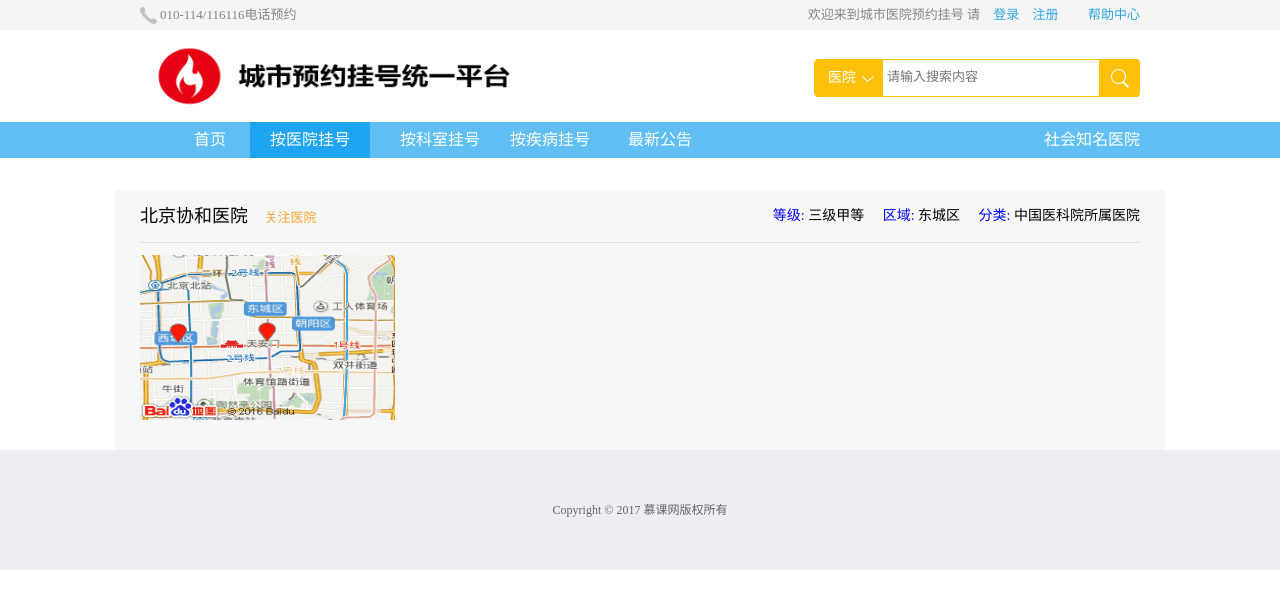
Repository: ScarApocalypse/study
Page: 挂号平台/hospital_detail.html
An editor plug-in stored every save of this project. The page is shown before and after the next save, followed by the edit.
The browser window is 1280 px wide. The pictures show the whole page.

Above is the page before, as saved 2019-01-22 22:15:22.

### 挂号平台/hospital_detail.html
<!DOCTYPE html>
<html lang="en">

<head>
    <meta charset="UTF-8">
    <title>城市预约挂号</title>
    <link rel="stylesheet" href="css/layout.css">
    <link rel="stylesheet" type="text/css" href="css/base.css">
    <link rel="stylesheet" type="text/css" href="css/ui.css">
    <link rel="stylesheet" href="css/hosptial.css">
    <link rel="stylesheet" href="css/hospital_detail.css">
    <script type="text/javascript" src="js/jquery-1.7.1.min.js"></script>
    <script type="text/javascript" src="js/data.js"></script>
    <script src="js/hosptial.js"></script>
</head>

<body>
    <!-- 顶部区域 -->
    <div id="top" class="top">
        <div class="wrap">
            <p class="call">010-114/116116电话预约</p>
            <p class="welcome">欢迎来到城市医院预约挂号&nbsp;请&nbsp;<a href="#">登录</a>
                <a href="#">注册</a>
                &nbsp;&nbsp;&nbsp;&nbsp;
                <a href="#">帮助中心</a>
            </p>

        </div>
    </div>
    <!-- 头部区域 -->
    <div id="header" class="header">
        <div class="wrap">
            <a href="index.html" class="logo">
                <img src="img/logo.png">
            </a>
            <div class="search ui-search">
                <div class="ui-search-selected">医院</div>
                <div class="ui-search-selected-list">
                    <a href="#">科室</a>
                    <a href="#">疾病</a>
                    <a href="#">医院</a>

                </div>
                <input class="ui-search-input" type="text" name="search-content" placeholder="请输入搜索内容">
                <a href="#" class="ui-search-submit"></a>
            </div>
        </div>
    </div>
    <!-- 导航栏区域 -->
    <div id="nav" class="nav">
        <div class="wrap">
            <a href="index.html" class="link">首页</a>
            <a href="hosptial.html" class="link link_focus">按医院挂号</a>
            <a href="#" class="link">按科室挂号</a>
            <a href="#" class="link">按疾病挂号</a>
            <a href="#" class="link">最新公告</a>
            <a href="#" class="link right">社会知名医院</a>
        </div>
    </div>
    <!-- 医院信息 -->
    <div class="hospitalDetail wrap">
        <div class="hospitalDetail-title">
            北京协和医院
            <a href="#" class="focus">关注医院</a>
            <div class="hospitalDetail-title-info">
                <span class="header">等级:</span>
                <span class="text">三级甲等</span>
                <span class="header">区域:</span>
                <span class="text">东城区</span>
                <span class="header">分类:</span>
                <span class="text">中国医科院所属医院</span>
            </div>
        </div>
        <div class="hospitalDetail-content">
        <img src="img/hospital-1.jpg" alt="">
        <img src="img/map-1.png" alt="">
        </div>
    </div>
    <!-- 页脚区域 -->
    <div id="footer" class="footer">
        Copyright &copy 2017 慕课网版权所有
    </div>
    <!-- 回到顶部 -->
    <!-- <a class="go-top" href="#"></a> -->
    <script type="text/javascript" src="js/ui.js"></script>
</body>

</html>

### 挂号平台/css/layout.css
*{
	margin:0;
	padding:0;
}
.clearfix:after{
	content:' ';
	display: block;
	height:0;
	line-height: 0;
	clear:both;
	zoom:1;
}
.wrap{
	width: 1000px;
	margin:0 auto;
	position: relative;
}
.top{
	height: 30px;
	background-color:#f5f5f5;
}
.header{
	height: 92px;
}
.nav{
	height: 36px;
	background-color:#60bff2;
}
.banner{
	width: 802px;
	margin:0 auto;
	height: 414px;
	padding:9px 0 0 198px;
}
.banner-slider{
	float: left;
	width: 544px;
	height: 414px;
	background-color: #8edff3;
}
.banner-search{
	float:right;
	width:250px;
	height:255px;
	background-color: #eee;
}
.banner-help{
	float: right;
	width: 250px;
	height: 146px;
	background-color: #ccc;
	margin-top:12px;
}
.content{
	padding:10px 0 38px 0;
}
.content-tab{
	float: left;
	width: 742px;
	height: 490px;
	background-color: #eee;
}
.content-close,
.content-news{
	float: right;
	width: 248px;
	height: 236px;
	border:1px solid #ccc;
}
.content-close{
	margin-top:12px;
	border-color:red;
}
.footer{
	height:70px;
	padding:25px;
	background-color: #eceef2;
}

### 挂号平台/css/base.css
p{
	display: inline-block;
}
a{
	text-decoration: none;
}
select,input{
	border:none;
	outline:none;
}
img{
	display: block;
}
/*top样式*/
.top{
	line-height: 30px;
	font-size:13px;
	color:#868686;
}
.top .call{
	float:left;
	padding-left:20px;
	background:url(../img/icon-call.png) no-repeat center left;
}
.top .welcome{
	float: right;
}
.top a{
	color:#2da5e1;
	padding-left:10px;
}
/*header样式*/
.header .logo{
	width: 402px;
	height: 74px;
	padding:9px 0;
	display: inline-block;
}
.header .logo img{
	width: 100%;
	height: 100%;
}
.header .search{
	width: 326px;
	height: 38px;
	position: absolute;
	right:0;
	top:29px;
	background-color: orange;
}
/*nav样式*/
.nav .link{
	display: inline-block;
	float:left;
	padding-left:30px;
	line-height: 36px;
	color:#fff;
	font-size:16px;
	min-width:80px;
	text-align: center;
}
.nav .right{
	float:right;
}
.nav .link_focus{
	color:#fff;
	background-color:#1fa4f0;
	padding:0 20px;
}
.nav a:hover{
	color:#d7f3ff;
}
.nav .menu{
	width: 130px;
	padding-right: 30px;
	background-color: #1fa4f0;
	position: relative;

}
.nav .menu .menu-list{
	position: absolute;
	background-color: #1fa4f0;
	width: 100%;
	height: 423px;
	left: 0;
	top:36px;

}
/*banner内样式*/
.banner-search{
	background-color: #fafafa
}
.banner-help .caption,
.banner-search .caption{
	height: 22px;
	padding:15px 0 15px 0;
	text-align: center;
}
.banner-help .caption .text,
.banner-search .caption .text{
	display: inline-block;
	height: 22px;
	line-height: 22px;
	padding-left:28px;
	color:#fec009;
	font-size:16px;
	background: url(../img/icon-help.png) no-repeat 0 0;
}

.banner-search .form{
	height: 150px;
}
.banner-search .form .line{
	padding-bottom:9px;
	text-align: center;
}
.banner-search .form .line select{
	width: 170px;
	font-size:12px;
	z-index:0;
	border:1px solid #dcdddd;
	height: 26px;
	line-height: 26px;
	padding:2px 0;
	border-radius: 5px;
	color:#666;
}
.banner-search .submit{
	height: 32px;
	text-align: center;
}
.banner-search .submit .button{
	width: 108px;
	height: 32px;
	background-color: #f3cd09;
	font-size: 14px;
	color:#fff;
	border-radius: 3px;
	cursor: pointer;
}
.banner-help{
	background-color: #fafafa;
}
.banner-help .caption .text{
	color:#00b3ea;
	background-position: 0 -23px;
}
.banner-help .link{
	color:#00b3ea;
	display: inline-block;
	width: 86px;
	height: 26px;
	line-height: 26px;
	font-size:14px;
	text-align: center;
	padding:0 0 8px 26px;
}
/*content样式*/

/*content新闻和停诊样式*/
.content-close,
.content-news{
	background-color:#fff;
	border:1px solid #f4f6fa;
}
.content-close .caption,
.content-news .caption{
	height:38px;
	line-height: 38px;
	background-color: #f4f6fa;
	text-indent:20px;
	color:#fec009;
	font-size:15px;
}
.content-close .more,
.content-news .more{
	float: right;
	padding-right: 22px;
	font-size:12px;
	color:#868686;
}
.content-close .list,
.content-news .list{
	padding: 15px 20px 13px 35px;
	line-height: 29px;
	font-size:12px;
	background: url(../img/list-yellow.jpg) 15px 22px no-repeat;
}
.content-close .list .link,
.content-news .list .link{
	display: block;
	color:#969696;
}

.content-close .caption{
	color:#4ab4ed;
}
.content-close .list{
	background: url(../img/list-blue.jpg) 15px 22px no-repeat;

}
/*tab样式*/
.content-tab{
	background: none;
}
.content-tab .caption{
	height: 34px;
	line-height: 34px;
	background-color: #f5f6fa;
}
.content-tab .caption .item{
	display: block;
	width: 112px;
	height: 34px;
	text-align: center;
	float: left;
	color:#00b3ea;
}
.content-tab .caption .item_focus{
	background-color: #60bff2;
	color:#fff;
}
.content .block{
	border:1px solid #f4f6fa;
	height: 452px;
}
.content-tab .block-caption{
	height: 26px;
	line-height: 26px;
	padding:8px;
	border-bottom:1px solid #f4f6fa;
}
.content-tab .block-caption-item{
	display: inline-block;
	padding:0 10px 0 10px;
	font-size:12px;
	color:#4c4948;
}
.content-tab .block-caption-item_focus{
	background-color: #60bff2;
	color:#fff;
}
.content-tab .block-content{
	padding:16px 12px;
}
.content-tab .block-content .block-list .item{
	float: left;
	width:216px;
	height: 102px;
	padding:0 20px 10px 120px;
	position: relative;
	font-size:12px;
}
.content-tab .block-content .block-list .item img{
	width: 110px;
	height: 98px;
	position: absolute;
	left:0;
	top:0;
}
.content-tab .block-content .block-list .item-name{
	color:#036eb7;
	font-size:14px;
	line-height: 21px;
	padding-top:13px;
}
.content-tab .block-content .block-list .item-level{
	float: right;
	font-size:12px;
	color:#979797;
}
.content-tab .block-content .block-list .item-phone,
.content-tab .block-content .block-list .item-address{
	/*font-size:12px;*/
	line-height: 18px;
	padding-bottom:4px;
	color:#666;
}
/*tab文案列表样式*/
.content-tab .block-content .block-text-list{

}
.content-tab .block-content .block-text-list .item{
	width: 351px;
	height: 27px;
	display: block;
	font-size:14px;
	color:#666;
	padding-top:8px;
	float: left;
	border-bottom:1px dashed #dcdddd;

}
.content-tab .block-content .block-text-list .item:nth-child(2n){
	margin-left:13px;
}
.content-tab .block-content .block-text-list .item .level{
	float: right;
	padding-right:10px;
}
.content-tab .block-content .block-more{
	display: block;
	line-height: 55px;
	text-align: center;
	color:#5084c4;
	font-size:14px;
}
/*页脚样式*/
.footer{
	line-height: 70px;
	text-align: center;
	font-size:12px;
	color:#666;
}
.go-top{
	display: block;
	position: fixed;
	width: 40px;
	height: 40px;
	right:2px;
	bottom:2px;
	z-index:99;
	color:#fff;
	background: rgb(102,102,102) url(../img/icon-go-up.png) center no-repeat;
	/*background: red;*/
}
.go-top:hover{
	background: rgb(102,102,102);
}
.go-top:hover:after{
	content:'回到顶部';
	display: block;
	line-height: 20px;
	text-align: center;
}

### 挂号平台/css/ui.css
/*ui-search搜索*/
.ui-search {
	background: url(../img/ui-search.jpg);
	font-size: 14px;
	color: #fff;
	position: relative;
}

.ui-search-selected {
	width: 70px;
	height: 38px;
	line-height: 38px;
	position: absolute;
	left: 0;
	top: 0;
	text-indent: 14px;
}

.ui-search-selected-list {
	display: none;
	position: absolute;
	width: 67px;
	line-height: 24px;
	background-color: #fff;
	box-shadow: 3px 3px 5px rgba(0, 0, 0, .2);
	left: 2px;
	top: 36px;
	z-index: 2;
}

.ui-search-selected-list a {
	display: block;
	text-align: center;
	color: #a5a2a2;
}

.ui-search-selected-list a:hover {
	background-color: #ebeef5;
}

.ui-search-input {
	width: 208px;
	height: 26px;
	position: absolute;
	top: 5px;
	left: 73px;
	line-height: 26px;
	font-size: 13px;
	color: #a5a2a2;
}

.ui-search-submit {
	display: block;
	position: absolute;
	right: 0;
	top: 1px;
	width: 40px;
	height: 36px;
}

/* ui-menu分类菜单 */
.ui-menu{}
.ui-menu-item{
	height: 22px;
	line-height: 22px;
	padding:8px 5px 9px 6px;
	/* margin-left:2px; */
	/* position: relative; */
}
.ui-menu-item:hover{
	background: #fff;
}
.ui-menu-item-department{
	float: left;
	height: 22px;
	line-height: 22px;
	position: relative;
	padding-left:30px;
	font-size:14px;
	color:#fff;
}
.ui-menu-item-department:before{
	content:'';
	display:block;
	width: 22px;
	height: 21px;
	position: absolute;
	left:0;
	top:1px;
	background:url('../img/icon-menu.jpg') -22px 0 no-repeat;
}
.ui-menu-item:nth-child(2) .ui-menu-item-department:before{
	background-position-y:-22px;
}
.ui-menu-item:nth-child(3) .ui-menu-item-department:before{
	background-position-y:-66px;
}
.ui-menu-item-disease{
	font-size: 12px;
	float:right;
	padding-left:5px;
	color:#d7f3ff
}
.ui-menu-item:hover .ui-menu-item-department:before{
	background-position-x: 0;
}
.ui-menu-item:hover .ui-menu-item-department{
	color:#333;
}
.ui-menu-item:hover .ui-menu-item-disease{
	color:#868686;
}
.ui-menu-item:hover .ui-menu-item-detail{
	display: block;
}
.ui-menu-item-detail{
	display:none;
	position: absolute;
	width: 500px;
	height: 393px;
	padding:20px 10px 10px 29px;
	background:#fff url(../img/bg-menu.jpg) center no-repeat;
	top:0;
	left:190px;
	box-shadow:5px 5px 2px rgba(0,0,0,.1);
	z-index:9;

}
.ui-menu-item-detail-group{
	padding-bottom:20px;
	text-align: left;


}
.ui-menu-item-detail-group-caption{
	width: 100%;
	display:block;
	color:#666;
	font-size:16px;
	font-weight:bold;
	line-height: 34px;
	height: 34px;
}
.ui-menu-item-detail-group-list{
	line-height: 23px;
}
.ui-menu-item-detail-group-list a{
	display: inline-block;
	color:#868686;
	margin-right:8px;
	font-size:12px;
	padding-bottom:5px;
}
.ui-menu-item-detail-group-list a:after{
	content:'|';
	color:#eee;
	padding-left:8px;
}
/* ui-slider组件 */
.ui-slider{
	width: 544px;
	height: 414px;
	position: relative;
	overflow: hidden;
}
.ui-slider-wrap{
	width: 99999px;
	height: 414px;
	position: absolute;
	left:0;
	right:0;
	transition:all .5s;
}
.ui-slider-wrap .item{
	display: block;
	float:left;
	width: 544px;
	height: 414px;
}
.ui-slider-arrow{
	width: 544px;
	height: 40px;
	position: absolute;
	/* background: #000;	 */
	top:50%;
	transform: translateY(-50%);
}
.ui-slider-arrow .item{
	display: block;
	width: 40px;
	height: 40px;
	position: absolute;
	top:0;
	background: url(../img/ui-slider-arrow.png) no-repeat;
}
.ui-slider-arrow .left{
	left:0;
}
.ui-slider-arrow .right{
	right:0;
	background-position: -40px 0;
}
.ui-slider-process{
	width: 544px;
	height: 12px;
	text-align: center;
	position: absolute;
	left:0;
	bottom:20px;
}
.ui-slider-process .item{
	display: inline-block;
	width: 16px;
	height: 16px;
	background:url(../img/ui-slider-process.png) no-repeat;

}
.ui-slider-process .item_focus,
.ui-slider-process .item:hover{
	background-position: -23px 0;
}
/* 回到顶部 */
.ui-backTop{
	display: none;
	position: fixed;
	right:2px;
	bottom: 2px;
	z-index: 9;
	width: 40px;
	height: 40px;
	color: #fff;
	background:rgba(102,102,102,.9) url(../img/icon-go-up.png) center no-repeat;
}
.ui-backTop:hover{
	background: rgba(102,102,102,.9);
}
.ui-backTop:hover:after{
	content:'回到顶部';
	display: block;
	line-height: 20px;
	text-align: center;
}

### 挂号平台/css/hosptial.css
/* 筛选区域 */
.filter{
    min-height: 100px;
    background-color: #fbfbfb;
    margin:20px auto;
}
.filter .group{
    padding:15px 60px 15px 180px;
    color:#4c4948;
    font-size:12px;
    line-height: 18px;
    min-height:30px;
    position: relative;
}
.filter .group .caption{
    position: absolute;
    left: 30px;
    top: 21px;
    width: 150px;
}
.filter .group .condition{
   color:#4c4948;
   display: inline-block;
   position: relative;
   margin:6px 24px 6px 0px;
   padding:0 5px;
}
.filter .group .caption .condition{
    position: absolute;
    right:0;
    top: -6px;
}
.filter .group .caption .condition::before,
.filter .group .condition::after{
    content:'';
    display: block;
    width: 1px;
    height: 18px;
    background: #dcdddd;
    position: absolute;
    top:0;
    right:-12px;
}
.filter .group .caption .condition::before{
    left:-12px;
}
.filter .group .condition_focus,
.filter .group .condition:hover{
    color:#fff;
    background-color:#60bff2;
}
/* 医院列表 */
.datalist .item{
    height: 130px;
    padding:23px 0 23px 224px;
    border:1px solid #f4f6fa;
    border-bottom:none;
    position: relative;
}
.datalist .item .cover{
    width: 180px;
    height: 130px;
    position: absolute;
    overflow: hidden;
    left: 15px;
    top: 23px;
}
.datalist .item:hover{
    background-color:#f5fcff;
}
.data .item .cover img{
    width: 100%;
    height: 100%;
}
.datalist .item .name{
    padding:13px 0;
    color:#000;
    font-size:15px;
}
.datalist .item .name .level{
    padding:0 2px 0 14px;
    color:#f7b52c;
    font-size: 12px;
}
.datalist .item .address,
.datalist .item .phone,
.datalist .item .time{
    margin-bottom:8px;
    font-size: 13px;
    color:#888;
    line-height: 17px;
    padding-left:22px;
    background: url(../img/icon-tel.png) no-repeat;
    background-position: 1px -36px;
}
.datalist .item .phone{
    background-position: 1px 0;
}
.datalist .item .address{
    background-position: 1px -17px;
}
.datalist .item .button{
    position: absolute;
    width: 105px;
    height: 37px;
    right: 70px;
    top:76px;
    display: block;
    background:url(../img/button-now.png) no-repeat  center left;
}
.datalist .item .button:hover{
    background-position: center right;
}
/* 分页区域 */
.pagination{
    height: 45px;
    line-height: 25px;
    border:1px solid #f4f6fa;
    text-align: center;
    color:#666;
    font-size:15px;
    margin-bottom:200px;
    padding:10px 0;
    box-sizing: border-box;
}
.pagination .item{
    margin-left:14px;
    color:#666;
    display: inline-block;
}
.pagination .item_icon:hover{
    background-color: #00b3ec;
}
.pagination .item_icon{
    background:url(../img/icon-pagination-arrow.png) no-repeat;
}
.pagination .item_prev{
    background-position: 6px -15px;
}
.pagination .item_prev:hover{
    background-position: -20px -15px;
}
.pagination .item_next{
    background-position: 8px 4px;
}
.pagination .item_next:hover{
    background-position: -18px 4px;
}
.pagination .input_page,
.pagination .item_page,
.pagination .item_icon{
    display: inline-block;
    width: 23px;
    height: 23px;
    line-height: 23px;
    border:solid 1px #dcdddd;
    border-radius:3px;
}
.pagination .item_page_focus{
    background:#00b3ec;
    color:#fff
}
.pagination .input_page{
    width: 45px;
    text-align: center;
}
.pagination .input_submit{
    width: 34px;
    height: 25px;
    display: inline-block;
    margin-left:10px;
    background:url(../img/icon-pagination-go.png);
    vertical-align:middle;
    cursor: pointer;
}

### 挂号平台/css/hospital_detail.css
.hospitalDetail{
    height: 260px;
    background:#f7f7f7;
    margin-top:32px;
    /* padding-left:250px */
    padding:0 25px;
    position: relative;
}
.hospitalDetail .hospitalDetail-title{
    font-size:18px;
    height: 52px;
    line-height: 52px;
    border-bottom:1px solid #e2e2e2;
}
.hospitalDetail .hospitalDetail-title .focus{
    color:#f9a533;
    font-size:13px;
    margin-left:12px;
}
.hospitalDetail .hospitalDetail-title .hospitalDetail-title-info{
    float:right;
    font-size:14px;
}
.hospitalDetail .hospitalDetail-title .hospitalDetail-title-info .header{
    color:#0205ff;
    margin-left:15px;
}
.hospitalDetail-content{
    padding:22px 270px 0 230px;
    position: relative;
}
.hospitalDetail-content img{
    position: absolute;
    left:0;
    top:12px;
    width: 200px;
    height: 150px;
}
.hospitalDetail-content img:nth-child(2){
    width: 255px;
    height: 165px;
}

### 挂号平台/js/ui.js
//ui-search组件
$.fn.UiSearch = function () {
	var ui = $(this);
	var flag = 0;
	$('.ui-search-selected', ui).on('click', function () {
		if (flag) {
			$('.ui-search-selected-list').hide();
			flag = 0;
		} else {
			$('.ui-search-selected-list').show();
			flag = 1;
		}

		return false;
	});
	$('.ui-search-selected-list a', ui).on('click', function () {
		$('.ui-search-selected').text($(this).text());
		$('.ui-search-selected-list').hide();
		flag = 0;
		return false;
	});
	$('body').on('click', function () {
		if (flag) {
			$('.ui-search-selected-list').hide();
			flag = 0;
		}

	});
};
$.fn.UiSlider = function () {
	var ui = $(this);
	var wrap = $('.ui-slider-wrap');
	var btn_prev = $('.ui-slider-arrow .left', ui);
	var btn_next = $('.ui-slider-arrow .right', ui);
	var items = $('.ui-slider-wrap .item', ui);
	var tips = $('.ui-slider-process .item', ui);
	// 预定义
	var current = 0;
	var size = items.size();
	var width = items.eq(0).width();
	var enableAuto = true;
	// 具体操作
	ui.on('mouseover', function () {
		enableAuto = false;
	}).on('mouseout', function () {
		enableAuto = true;
	});
	wrap
		.on('move_to', function (evt, index) {
			wrap.css('left', index * width * -1);
			tips.removeClass('item_focus').eq(index).addClass('item_focus');
		})
		.on('move_prev', function () {
			if (current <= 0) {
				current = size - 1;
			}
			current = current - 1;
			wrap.triggerHandler('move_to', current);
		})
		.on('move_next', function () {
			if (current == size - 1) {
				current = -1;
			}
			current = current + 1;
			wrap.triggerHandler('move_to', current);
		})
		.on('auto_move', function () {
			setInterval(function () {
				enableAuto && wrap.triggerHandler('move_next');
			}, 2000)
		});
	btn_prev.on('click', function () {
		wrap.triggerHandler('move_prev');
	});
	btn_next.on('click', function () {
		wrap.triggerHandler('move_next');
	});
	wrap.triggerHandler('auto_move');
};
// 级联菜单
$.fn.UiCascading = function () {
	var ui = $(this);
	var selects = $('select', ui);
	selects
		.on('reloadOptions', function () {
			var method = $(this).attr('data-search');
			var args = $(this).attr('data-where').split(',');

			var data = AjaxRemoteGetData[method].apply(this,args);
			var select = $(this);

			select.find('option').remove();
			// console.log(select[0]);
			$.each(data, function (i, item) {
				var el = $('<option value="' + item + '">' + item + '</option>');
				// console.log(el[0]);

				select.append(el);
			});

		})
		.on('change', function () {
			var val = $(this).val();
			var index = selects.index(this);
			// 触发下一个select的更新，根据当前的值
			var where = $(this).attr('data-where');
			where = where ? where.split(',') : [];
			where.push($(this).val());
			selects.eq(index + 1)
				.attr('data-where', where.join(','))
				.triggerHandler('reloadOptions');

			ui.find('select:gt(' + (index + 1) + ')').each(function () {
				$(this)
					.attr('data-where', '')
					.triggerHandler('reloadOptions');
			});


		});

	selects.eq(0).triggerHandler('reloadOptions');

};
$.fn.UiTab=function(header,content,focus_prefix){
	var ui=$(this);
	var tabs=$(header,ui);
	var cons=$(content,ui);
	var focus_prefix=focus_prefix||'';
	tabs.on('click',function(){
		var index=$(this).index();

		tabs.removeClass(focus_prefix+'item_focus').eq(index).addClass(focus_prefix+'item_focus');
		cons.hide().eq(index).show();

	});
};
$.fn.UiBackTop=function(){
	var ui=$(this);

	var el=$('<a class="ui-backTop" href="#"></a>');
	ui.append(el);
	// alert('msg');
	var windowHeight=$(window).height();
	$(window).on('scroll',function(){
		var top=$('html').scrollTop();
		if(top>windowHeight){

			el.show();
		}else{
			el.hide();
		}
	});
};
$(function () {
	console.log("hello");
	$('.ui-search').UiSearch();
	$('.ui-slider').UiSlider();
	$('.ui-cascading').UiCascading();
	$('.content-tab').UiTab('.caption > .item','.block > .item');
	$('.content-tab .block .item').UiTab('.block-caption>a','.block-content > .block-wrap','block-caption-');
	$('body').UiBackTop();
	console.log(AjaxRemoteGetData.getDistinctArea());
});

Loaded but not shown: 挂号平台/js/jquery-1.7.1.min.js (library); 挂号平台/js/hosptial.js (145 lines, source omitted); 挂号平台/js/data.js (172 lines, source omitted)

After the next save:
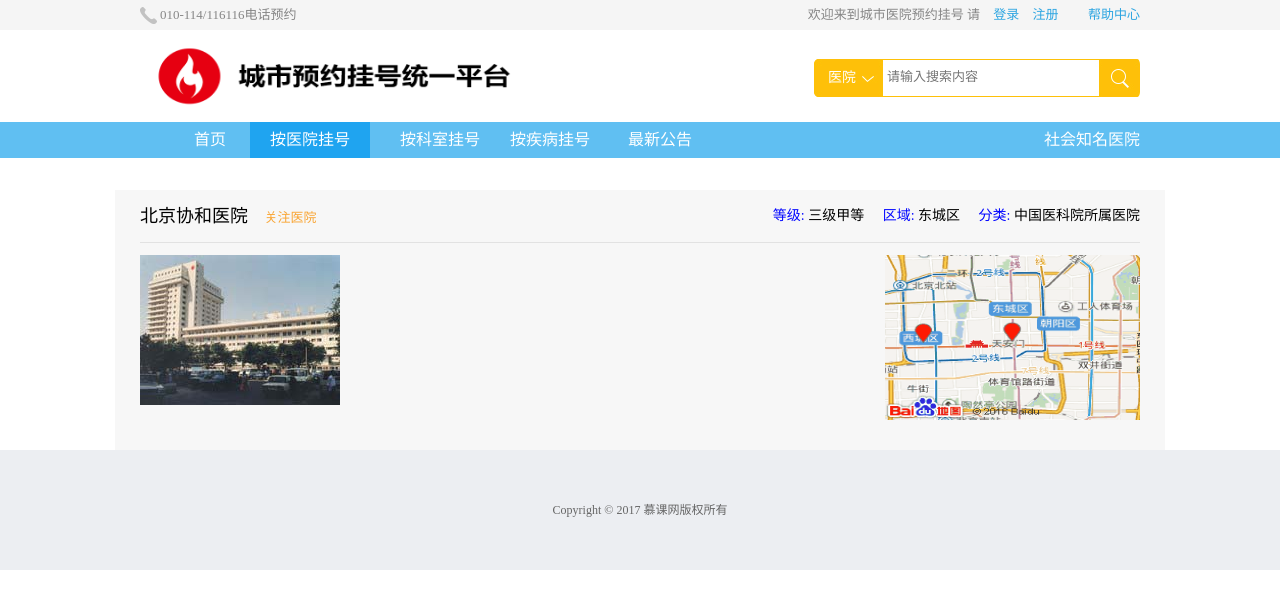
Saved 13 s later.
--- a/挂号平台/css/hospital_detail.css
+++ b/挂号平台/css/hospital_detail.css
@@ -39,4 +39,6 @@
 .hospitalDetail-content img:nth-child(2){
     width: 255px;
     height: 165px;
+    left:auto;
+    right:0
 }
